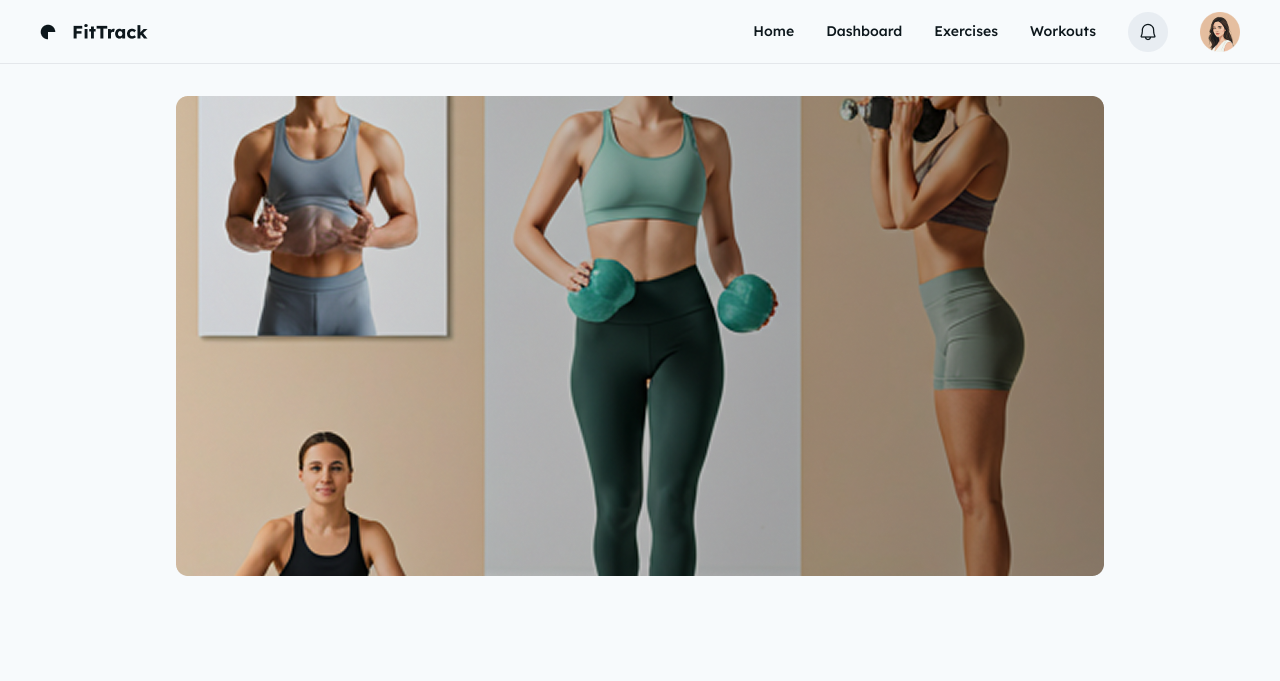
Repository: Emy-gold/fitness-tracking-platform
Page: /
The author's editor kept a copy of each file at every save. The page is drawn from the files as they stood at one save, then again after the next save.
The browser window is 1280 px wide. The pictures show the whole page.
The project was rebuilt for these pictures with package versions that can differ from the ones it lists, and the page was loaded fresh each time. Also part of the build but not shown: vite.config.js, src/Pages/Dashboard.jsx, src/Pages/Exercises.jsx, src/Pages/Workouts.jsx, src/components/Footer.jsx.

Above is the page before, as saved 2025-08-24 21:47:51.

After the next save:
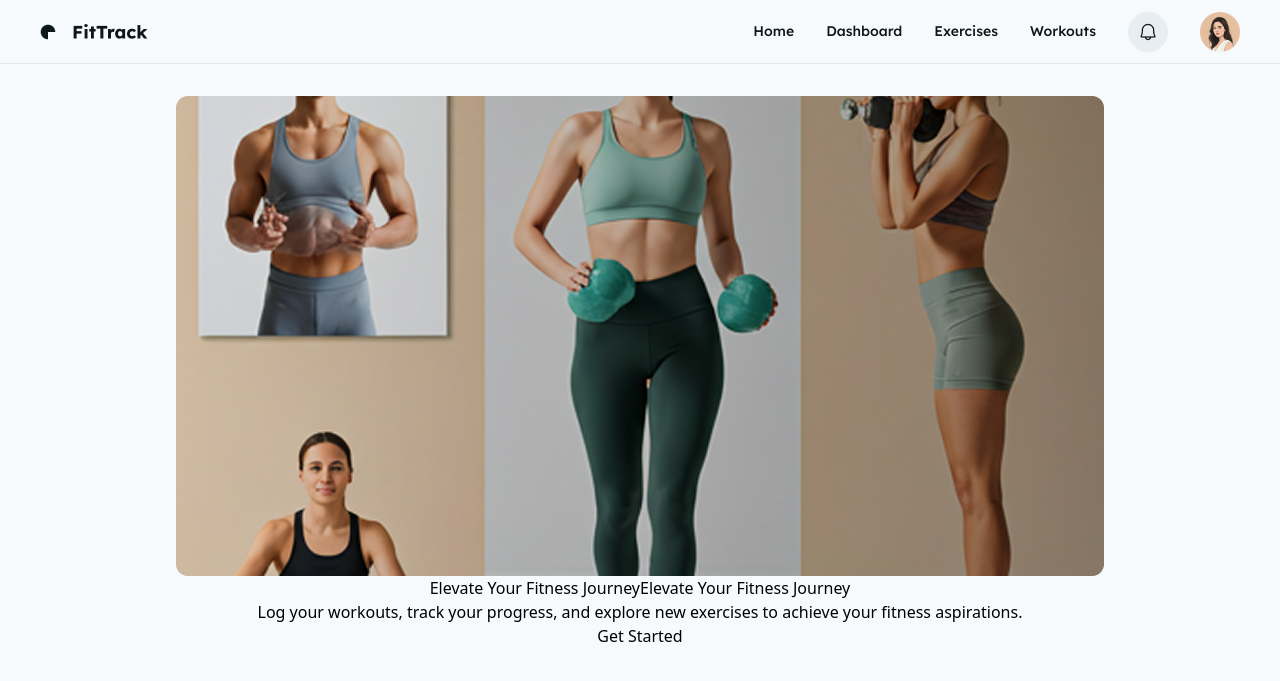
Saved 2 min 47 s later.
--- a/src/Pages/Home.jsx
+++ b/src/Pages/Home.jsx
@@ -9,6 +9,9 @@ function Home() {
                 <section className='my-8'>
                     <div>
                         <img src={homepic} />
+                        <h1>Elevate Your Fitness JourneyElevate Your Fitness Journey</h1>
+                        <p>Log your workouts, track your progress, and explore new exercises to achieve your fitness aspirations.</p>
+                        <button>Get Started</button>
                     </div>
                 </section>
                 <section></section>
